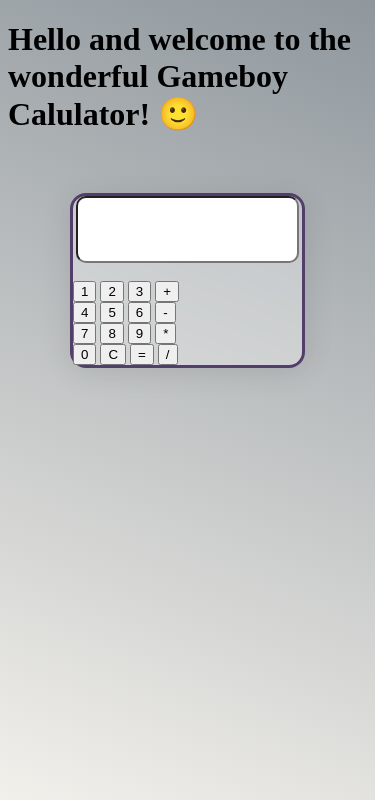
Repository: CrazyPaine/GameBoy-Calculator
Page: index.html
These files come from the project's save history. The page is drawn as it stood at one moment and after the next save; the edit follows.
The browser window is 375 px wide. The pictures show the whole page.

Above is the page before, as saved 2024-02-04 20:34:56.

### index.html
<!DOCTYPE html>
<html lang="en">
<head>
    <meta charset="UTF-8">
    <meta name="viewport" content="width=device-width, initial-scale=1.0">
    <link rel="stylesheet" type="text/css" href="styles.css">
    <script src="calculator.js"></script>
    <title>GameBoy Calculator</title>
</head>

<body>
    <h1 class = "Intro">Hello and welcome to the wonderful Gameboy Calulator! &#128578;</h1>
    <br>
    <div class = 'calculator'>
        <input type="text"id="display" readonly>
       <br>
            <button onclick="appendToDisplay('1')" class = "btn-1">1</button>
            <button onclick="appendToDisplay('2')" class = "btn-1">2</button>
            <button onclick="appendToDisplay('3')" class = "btn-1">3</button>
            <button onclick="appendToDisplay('+')" class = "btn-1">+</button>
            <br>
            <button onclick="appendToDisplay('4')" class = "btn-2">4</button>
            <button onclick="appendToDisplay('5')" class = "btn-2">5</button>
            <button onclick="appendToDisplay('6')" class = "btn-2">6</button>
            <button onclick="appendToDisplay('-')" class = "btn-2">-</button>
            <br>
            <button onclick="appendToDisplay('7')" class = "btn-3">7</button>
            <button onclick="appendToDisplay('8')" class = "btn-3">8</button>
            <button onclick="appendToDisplay('9')" class = "btn-3">9</button>
            <button onclick="appendToDisplay('*')" class = "btn-3">*</button>
            <br>
            <button onclick="appendToDisplay('0')" class = "btn-4">0</button>
            <button onclick="clearDisplay()" class = "btn-4">C</button>
            <button onclick="calculateResult()" class = "btn-4">=</button>
            <button onclick="appendToDisplay('/')" class = "btn-4">/</button>
            <br>

    </div>
</body>
</html>

### styles.css
/******************************************
/* CSS
/*******************************************/


/* Box Model Hack */
* {
    box-sizing: border-box;
}



/******************************************
/* LAYOUT
/*******************************************/
@media (max-width: 600px) {
    .calculator {
        width: 80%;
        margin: 0 auto;
    }

html {
    height: 100%;
}

title {
    text-align: left;
    font-size: 5px;
}

body {
    background: rgb(143, 151, 157);
     background: linear-gradient(201deg, rgba(143, 151, 157, 1) 0%, rgba(242, 240, 235, 1) 100%);
}

#display{
    border-radius: 10px;
    display: flex;
    align-items:center;
    justify-content: center;
    padding: 24px;
    width: 97%;
    height: 56%;
    margin:auto;
}

.calculator {
    border: 3px solid #533D6B;
    border-radius: 10px;
    width:fit-content;
    background: rgba(255, 255, 255, 0.32);
    border-radius: 16px;
    box-shadow: 0 4px 30px rgba(0, 0, 0, 0.1);
    backdrop-filter: blur(1.7px);
    -webkit-backdrop-filter: blur(1.7px);
    height: fit-content;
    margin: 20px auto;
}

.button {
    border-radius: 10px;
    color: #F8F9FA;
    padding: 18px;
    min-height: fit-content;
    max-width: fit-content;
    margin: 2px;
}

.button btn-1 {
    background: #220780;
}

.button btn-2 {
    background: #615fed;
}

.button btn-3 {
    background: #ffba5a;
}

.button btn-4 {
    background: #fffab2;
}


img {
    display: block;
    margin: 0 auto;
    width: 25%;
}


/******************************************
/* ADDITIONAL STYLES
/*******************************************/

### calculator.js
/*
! Hey there welcome to my Calculator. This is where I will be doing my calculations on here.
*/

function calculateResult() {
    try {
        const inputExpression = document.getElementById('display').value;

        if (!isValidExpression(inputExpression)) {
            throw new Error('Invalid expression');
        }

        const result = eval(inputExpression);

        if (!isValidResult(result)) {
            throw new Error('Invalid result');
        }

        // Save the expression and result to the history log
        saveToHistory(inputExpression, result);

        document.getElementById('display').value = result;
    } catch (error) {
        document.getElementById('display').value = 'Error: ' + error.message;
    }
}

// Function to handle decimal point
function addDecimalPoint() {
    const currentDisplayValue = document.getElementById('display').value;

    // Check if the current value already contains a decimal point or ends with an operator
    if (!currentDisplayValue.includes('.') && !endsWithOperator(currentDisplayValue)) {
        document.getElementById('display').value += '.';
    }
}

// Helper function to check if the expression is valid
function isValidExpression(expression) {
    // Add your validation logic here
    return /^[0-9+\-*/().\s]+$/.test(expression);
}

// Helper function to check if the result is valid
function isValidResult(result) {
    // Add your validation logic here
    return isFinite(result);
}

// Helper function to check if the expression ends with an operator
function endsWithOperator(expression) {
    const operators = ['+', '-', '*', '/'];
    const lastChar = expression.trim().slice(-1);

    return operators.includes(lastChar);
}

After the next save:
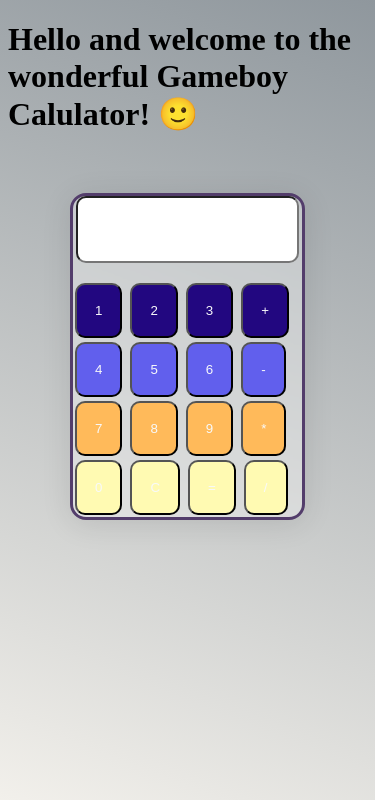
Saved 24 s later.
--- a/styles.css
+++ b/styles.css
@@ -57,7 +57,7 @@ body {
     margin: 20px auto;
 }
 
-.button {
+button {
     border-radius: 10px;
     color: #F8F9FA;
     padding: 18px;
@@ -66,19 +66,19 @@ body {
     margin: 2px;
 }
 
-.button btn-1 {
+.btn-1 {
     background: #220780;
 }
 
-.button btn-2 {
+.btn-2 {
     background: #615fed;
 }
 
-.button btn-3 {
+.btn-3 {
     background: #ffba5a;
 }
 
-.button btn-4 {
+.btn-4 {
     background: #fffab2;
 }
 
